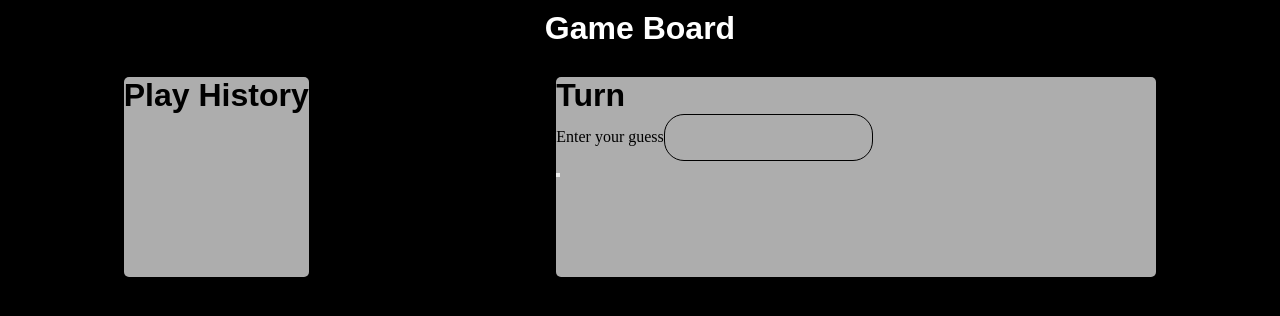
Repository: programmer686/Mastermind-with-Next.js
Page: /, after clicking the first element matching `button.StartScreen_51d34_startscreen__play_button`
An editor plug-in stored every save of this project. The page is shown before and after the next save, followed by the edit.
The browser window is 1280 px wide. The pictures show the whole page.
The project was rebuilt for these pictures with package versions that can differ from the ones it lists, and the page was loaded fresh each time. The framework's server and built-in components were replaced by stand-ins that run in the browser. Also part of the build but not shown: next.config.js, src/styles/StartScreen.module.css.

Above is the page before, as saved 2023-07-18 19:02:29.

### src/pages/index.js

import Head from 'next/head'
import Image from 'next/image'
import { Inter } from 'next/font/google'
import styles from '@/styles/Home.module.css'
import StartScreen from '@/comps/StartScreen'
import { useState } from 'react'
import GameBoard from '@/comps/GameBoard'

const inter = Inter({ subsets: ['latin'] })

export default function Home() {
  const [startGame, setStartGame] = useState(true);

  function handleStart() {
    setStartGame(prev => prev ? prev == false : prev == prev);
  }
  return (
    <>
      <Head>
        <title>Create Next App</title>
        <meta name="description" content="Generated by create next app" />
        <meta name="viewport" content="width=device-width, initial-scale=1" />
        <link rel="icon" href="/favicon.ico" />
      </Head>
     <main className={styles.index__body}>
        {startGame ? <StartScreen handleStart={handleStart}/> : <GameBoard/>}
     </main>
    </>
  )
}

### src/styles/Home.module.css


.index__body {
  margin: 0;
  padding: 0;
  box-sizing: border-box;
  width: 100vw;
  height: 100vh;
  background-color: black;
}

### src/comps/StartScreen.js
import styles from '@/styles/StartScreen.module.css'

export default function StartScreen(props) {
    return (
        <main className={styles.startscreen__body}>
            <p className={styles.startscreen__game_name}>Mastermind Game</p>
            <button onClick={props.handleStart} className={styles.startscreen__play_button}>Play Game</button>
        </main>
    )
}

### src/comps/GameBoard.js
import styles from '@/styles/GameBoard.module.css'
import PastPlay from './PastPlay'
import GamePlay from './GamePlay'
import { useState } from 'react'
import StartScreen from './StartScreen'

export default function GameBoard() {
    const [userInput, setUserInput] = useState("")
    const [toManyCharacters, setToManyCharacters] = useState(false);
    function handleInput(e) {
        const {value} = e.target
        console.log(typeof(value))
        if (value.length > 4) {
            setToManyCharacters(true)
        } else {
            setToManyCharacters(false)
        }

       let containsAlpha = /^[a-zA-Z]*$/.test(value)

        if (containsAlpha) {
            console.log("has alphabetical characters");
        }
    }


    return (
        <main>
            <div className={styles.GameBoard__header}>
                <h1 className={styles.GameBoard__name}>Game Board</h1>
            </div>
            <div className={styles.GameBoard__body}>
                <PastPlay/>
                <GamePlay handleInput={handleInput} toManyCharacters={toManyCharacters}/>
            </div>
        </main>
    )

}

### src/styles/GameBoard.module.css
.GameBoard__header {
    width: 100%;
    padding: 10px 0px;
    text-align: center;
}

.GameBoard__body {
    width: 100%;
    padding: 20px 0px;
    display: flex;
    justify-content: space-around;
    align-items: center;
}

.GameBoard__name {
    font-weight: bolder;
    font-family: Arial, Helvetica, sans-serif;
    color: white;
}

.GameBoard__tomany {
    font-weight: 700;
    font-weight: bolder;
    font-family: Arial, Helvetica, sans-serif;
    color: red;
}

### src/comps/PastPlay.js
import styles from '@/styles/PastPlay.module.css'

export default function PastPlay() {
    return (
        <main className={styles.PastPlay__board}>
            <h1 className={styles.PastPlay__name}>Play History</h1>
        </main>
    )
}

### src/comps/GamePlay.js
import styles from '@/styles/GamePlay.module.css'
import { useState } from 'react';




export default function GamePlay(props) {
    const [userInput, setUserInput] = useState("")

    function getUserValue(event) {
        if (!(/[a-zA-Z]/gi.test(event.target.value)) && event.target.value.length <= 4) {
            setUserInput(event.target.value);
        }
    }


  function submitUserInput(event) {
    if (event.key === "Enter") {
        event.preventDefault();
        console.log(userInput);
        setUserInput(userInput);
    }
  };

    return (
        <main className={styles.GamePlay__board }>
            <h1 className={styles.GamePlay__title}>Turn</h1>
            <form>
                <label>Enter your guess</label>
                <input
                    className={styles.GamePlay__userInput_btn}
                    value={userInput}
                    id="user_input"
                    type="text"
                    onChange={getUserValue}
                    onKeyDown={submitUserInput}
                />
            </form>
            {props.toManyCharacters ? <p className={styles.GamePlay__error}>To many characters</p> : <></>}
            <button></button>
        </main>
    )
}

### src/styles/PastPlay.module.css
.PastPlay__board {
    max-width: 300px;
    border-radius: 5px;

    min-height: 200px;
    background: rgb(173, 173, 173);
}


.PastPlay__name {
    font-weight: bolder;
    font-family: Arial, Helvetica, sans-serif;
    color: black;
}

### src/styles/GamePlay.module.css
.GamePlay__board {
    width: 600px;
    border-radius: 5px;
    min-height: 200px;
    background: rgb(173, 173, 173);
}

.GamePlay__title {
    font-weight: bolder;
    font-family: Arial, Helvetica, sans-serif;
    color: black;
}

.GamePlay__error {
    font-size: 14px;
    font-weight: bolder;
    font-family: Arial, Helvetica, sans-serif;
    color: red;
}

.GamePlay__userInput_btn {
    background: none;
    padding: 15px;
    border: 1px solid black;
    border-radius: 20px;
}

Loaded but not shown: src/pages/_app.js (common file); src/pages/_document.js (common file); src/styles/globals.css (common file)

After the next save:
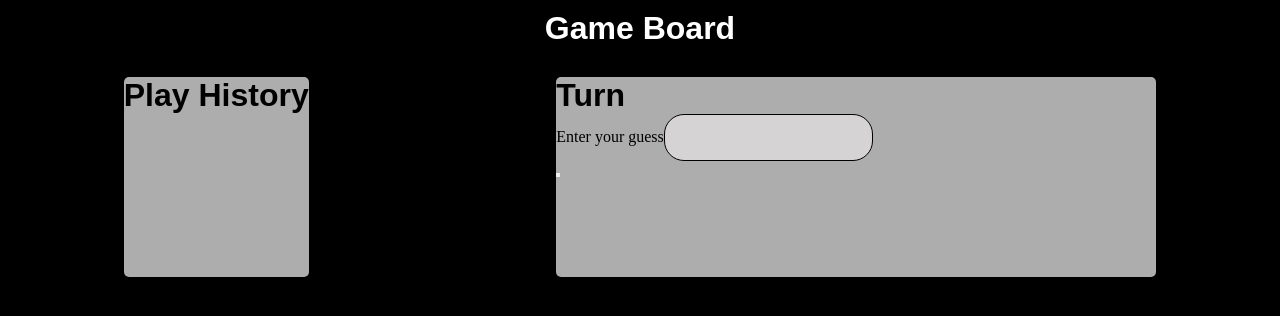
Saved 36 s later.
--- a/src/styles/GamePlay.module.css
+++ b/src/styles/GamePlay.module.css
@@ -19,7 +19,7 @@
 }
 
 .GamePlay__userInput_btn {
-    background: none;
+    background: rgba(245, 241, 241, 0.568)0000;
     padding: 15px;
     border: 1px solid black;
     border-radius: 20px;
